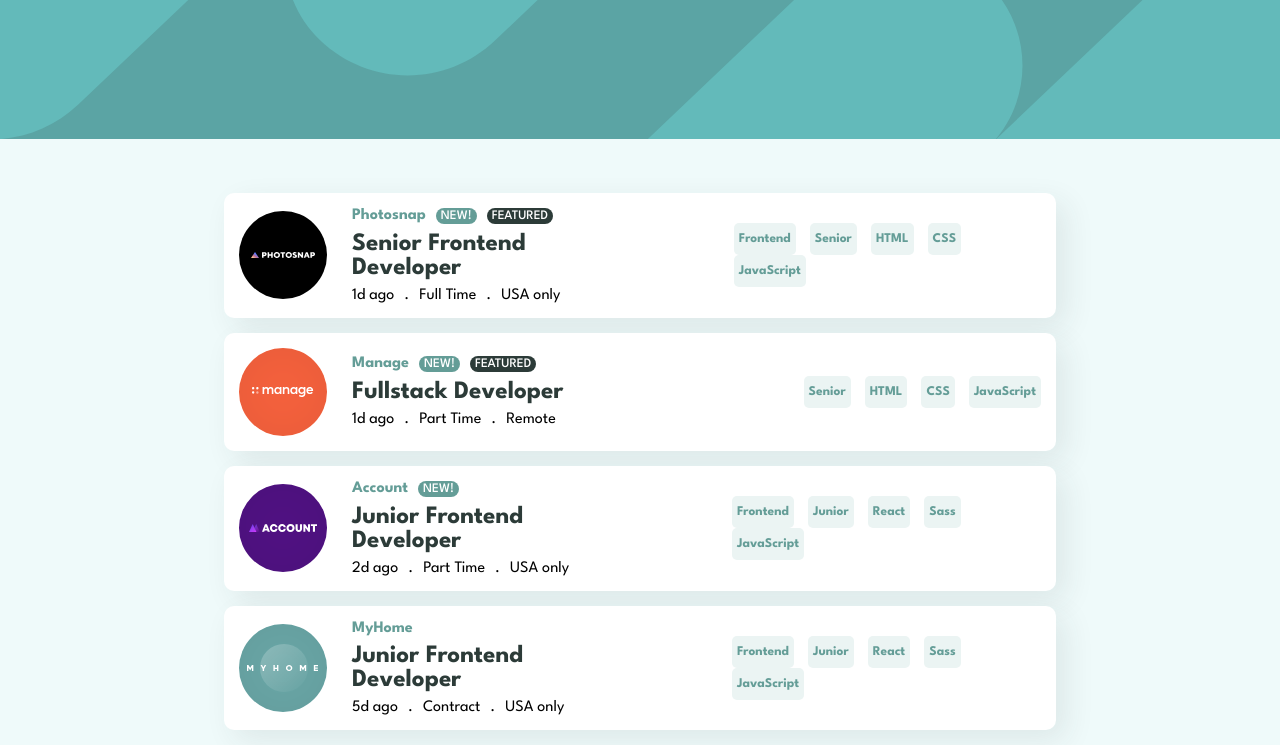
Repository: Eldream12/JobListing
Page: index.html
An editor plug-in stored every save of this project. The page is shown before and after a run of saves, followed by the edit.
The browser window is 1280 px wide. The pictures show the whole page.

Above is the page before, as saved 2025-03-31 22:05:03.

### index.html
<!DOCTYPE html>
<html lang="en">
	<head>
		<meta charset="UTF-8" />
		<meta name="viewport" content="width=device-width, initial-scale=1.0" />
		<title>Job Listing</title>
		<link rel="stylesheet" href="style/style.css" />
	</head>

	<body>
		<header>
			<div>
				<img src="Images/bg-header-desktop.svg" alt="NavHeader" />
			</div>
		</header>

		<main>
			<div class="content-carrier">
				<div class="content">
					<div class="ctn">
						<img src="Images/photosnap.svg" alt="photosnap" />
						<div class="content-text">
							<div class="txt-1">
								<h4>Photosnap</h4>
								<div class="btn-1">
									<button>NEW!</button>
								</div>
								<div class="btn-2">
									<button>FEATURED</button>
								</div>
							</div>
							<div class="txt-2">
								<h2>Senior Frontend Developer</h2>
							</div>
							<div class="txt-3">
								<p>1d ago</p>
								<p>.</p>
								<p>Full Time</p>
								<p>.</p>
								<p>USA only</p>
							</div>
						</div>
					</div>

					<div class="btn">
						<button>Frontend</button>
						<button>Senior</button>
						<button>HTML</button>
						<button>CSS</button>
						<button>JavaScript</button>
					</div>
				</div>

				<div class="content">
					<div class="ctn">
						<img src="Images/manage.svg" alt="photosnap" />
						<div class="content-text">
							<div class="txt-1">
								<h4>Manage</h4>
								<div class="btn-1">
									<button>NEW!</button>
								</div>
								<div class="btn-2">
									<button>FEATURED</button>
								</div>
							</div>
							<div class="txt-2">
								<h2>Fullstack Developer</h2>
							</div>
							<div class="txt-3">
								<p>1d ago</p>
								<p>.</p>
								<p>Part Time</p>
								<p>.</p>
								<p>Remote</p>
							</div>
						</div>
					</div>

					<div class="btn">
						<!-- <button>Frontend</button> -->
						<button>Senior</button>
						<button>HTML</button>
						<button>CSS</button>
						<button>JavaScript</button>
					</div>
				</div>

					<div class="content">
					<div class="ctn">
						<img src="Images/account.svg" alt="photosnap" />
						<div class="content-text">
							<div class="txt-1">
								<h4>Account</h4>
								<div class="btn-1">
									<button>NEW!</button>
								</div>
								<div class="btn-2">
									<!-- <button>FEATURED</button> -->
								</div>
							</div>
							<div class="txt-2">
								<h2>Junior Frontend Developer</h2>
							</div>
							<div class="txt-3">
								<p>2d ago</p>
								<p>.</p>
								<p>Part Time</p>
								<p>.</p>
								<p>USA only</p>
							</div>
						</div>
					</div>

					<div class="btn">
						<button>Frontend</button>
						<button>Junior</button>
						<button>React</button>
						<button>Sass</button>
						<button>JavaScript</button>
					</div>
				</div>

									<div class="content">
					<div class="ctn">
						<img src="Images/myhome.svg" alt="photosnap" />
						<div class="content-text">
							<div class="txt-1">
								<h4>MyHome</h4>
								<div class="btn-1">
									<!-- <button>NEW!</button> -->
								</div>
								<div class="btn-2">
									<!-- <button>FEATURED</button> -->
								</div>
							</div>
							<div class="txt-2">
								<h2>Junior Frontend Developer</h2>
							</div>
							<div class="txt-3">
								<p>5d ago</p>
								<p>.</p>
								<p>Contract</p>
								<p>.</p>
								<p>USA only</p>
							</div>
						</div>
					</div>

					<div class="btn">
						<button>Frontend</button>
						<button>Junior</button>
						<button>React</button>
						<button>Sass</button>
						<button>JavaScript</button>
					</div>
				</div>
			</div>
		</main>
		<footer></footer>
	</body>
</html>

### style/style.css
@import url("https://fonts.googleapis.com/css2?family=League+Spartan:wght@100..900&display=swap");

* {
	font-family: League Spartan;
	margin: 0;
	padding: 0;
	box-sizing: border-box;
}

html body {
	background-color: hsl(180, 52%, 96%);
}

header img {
	width: 100%;
	background-color: hsl(180, 29%, 50%);
	margin-bottom: 50px;
}

.content-carrier .content {
	display: flex;
	background-color: #ffffff;
	align-items: center;
	justify-content: space-between;
	max-width: 65%;
	margin: auto;
	padding: 15px 15px 15px 15px;
	gap: 90px;
	border-radius: 10px;
	box-shadow: #2c3b3817 10px 10px 30px;
	margin-bottom: 15px;
}

.content-carrier .content .txt-1 {
	display: flex;
}

.content-carrier .content .txt-3 {
	display: flex;
}

.content-carrier .content .ctn {
	display: flex;
	align-items: center;
}

.content .ctn img {
	margin-right: 25px;
}

.content .btn button {
	background-color: #ebf4f3;
	border: none;
	padding: 10px 5px 10px 5px;
	border-radius: 5px;
	color: #649d97;
	font-weight: 700;
	margin-left: 10px;
}

.content .txt-1 h4 {
	color: #649d97;
}

.content .txt-1 .btn-1 button {
	background-color: #649d97;
}

.content .txt-1 .btn-2 button {
	background-color: #2c3b38;
}

.content .txt-1 button {
	font-size: 13px;
	font-weight: 500;
	color: #ffffff;
	border: none;
	padding: 2px 5px 2px 5px;
	border-radius: 10px;
	margin-left: 10px;
}

.content .txt-2 h2 {
	margin: 8px 0 8px 0;
	font-size: 25px;
	color: #2c3b38;
}

.content .txt-3 p {
	margin-right: 10px;
}

After the next 3 saves:
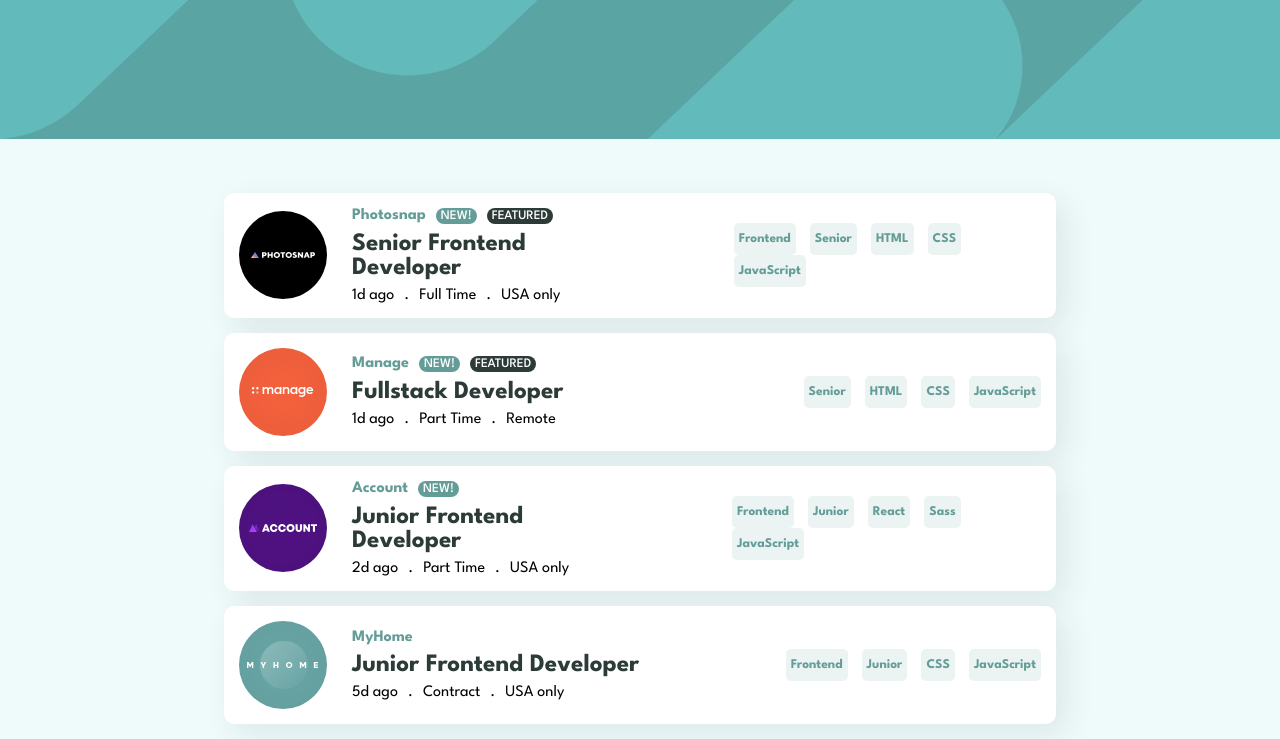
The 3 saves are shown as one change because they came seconds apart.
The last was saved 21 s later.
--- a/index.html
+++ b/index.html
@@ -150,8 +150,8 @@
 					<div class="btn">
 						<button>Frontend</button>
 						<button>Junior</button>
-						<button>React</button>
-						<button>Sass</button>
+						<!-- <button>React</button> -->
+						<button>CSS</button>
 						<button>JavaScript</button>
 					</div>
 				</div>
